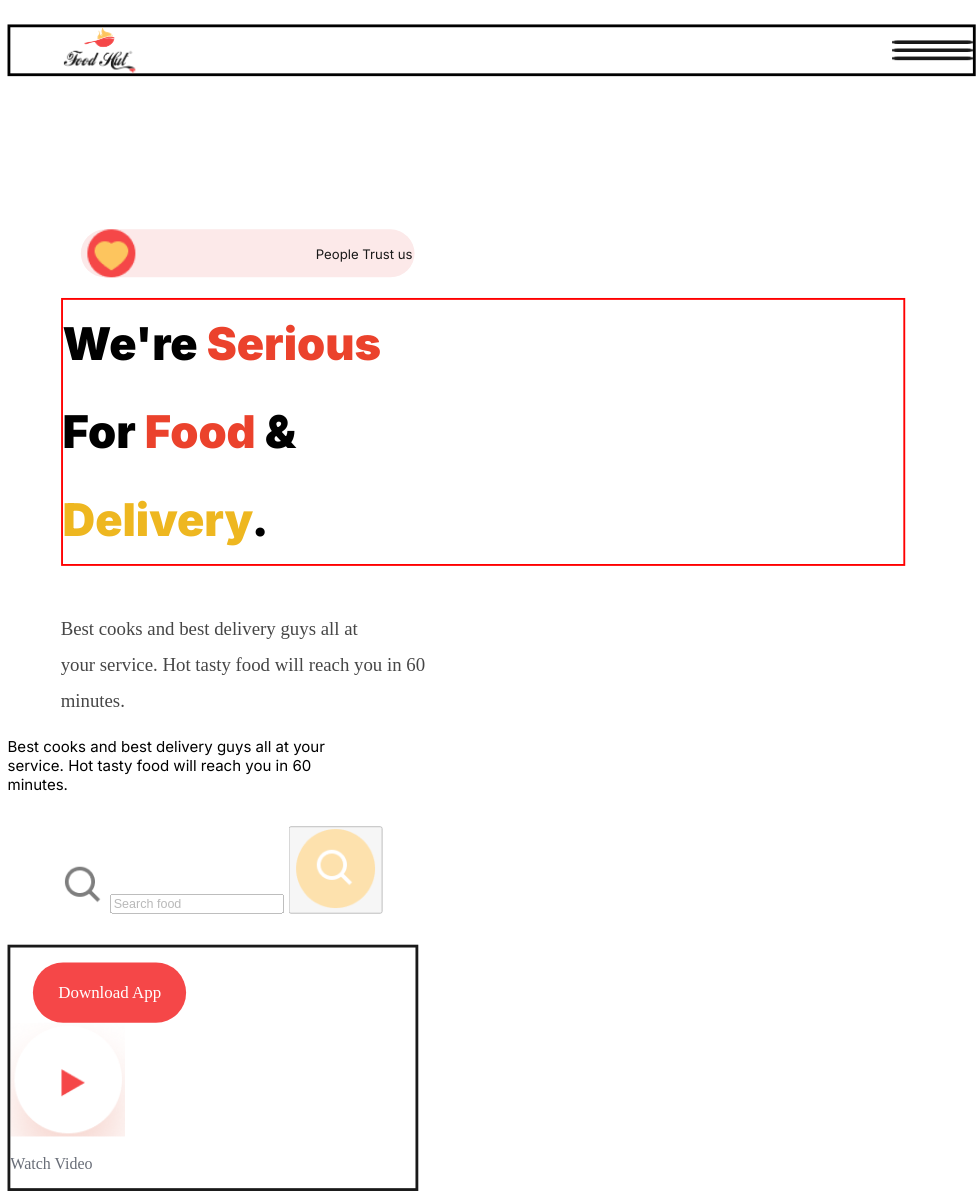
Repository: ReyhanehRahmani/Food-Hut
Page: FoodHut.html
These files come from the project's save history. The page is drawn as it stood at one moment and after the next save; the edit follows.
The browser window is 1024 px wide. The page is 1038 px wide, so the pictures cover 1038 px, including what lies to the right of the window. The pictures show the whole page, at 94% of full size.
Some web fonts or font styles are not loaded; a fallback is used.

Above is the page before, as saved 2025-05-28 23:33:43.

After the next save:
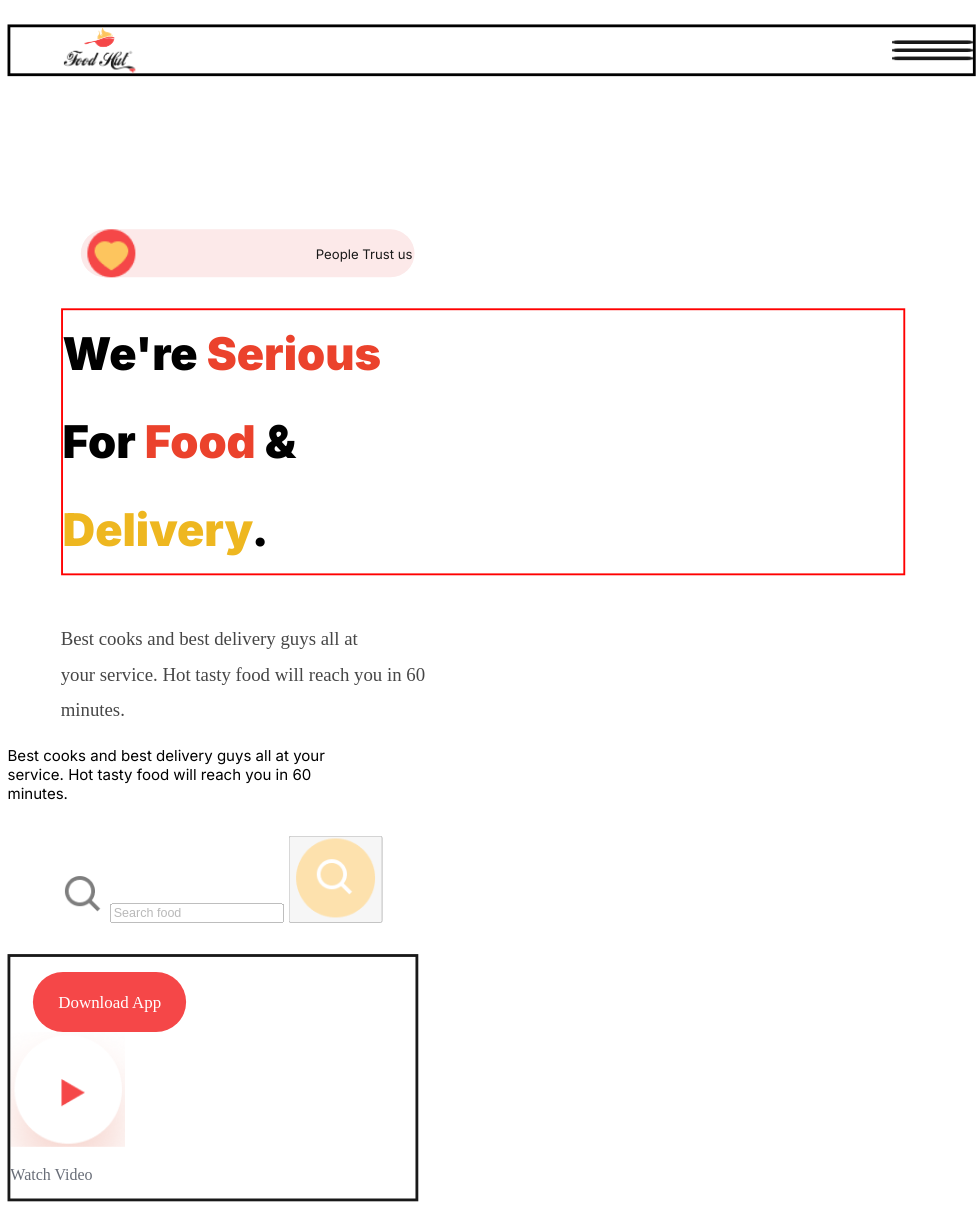
Saved 3 min 13 s later.
--- a/FoodHut.css
+++ b/FoodHut.css
@@ -91,7 +91,7 @@ body {
     width: 88.785046729%;
     height: 21.058315335%;
     align-content: center;
-    margin-top: 2.173913043%;
+    margin-top: 3.225806452%;
     margin-left: 5.607476636%;
     border: 2px solid red;
     font-weight: 900;
